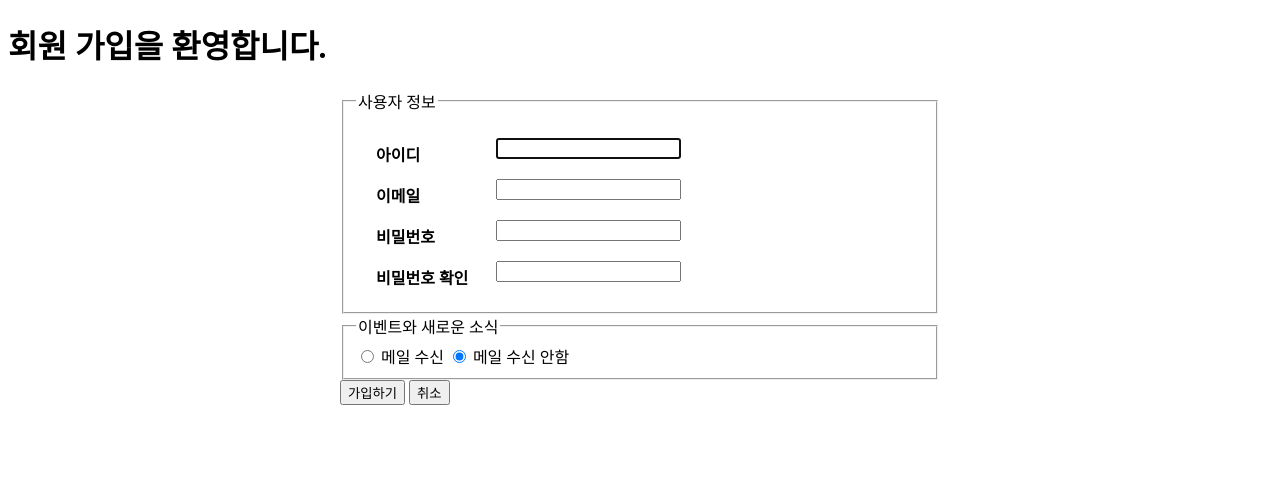
Repository: Kebiskim/2023_WebStudy
Page: 01_css/src/main/webapp/day01/Ex12_Signup.html
An editor plug-in stored every save of this project. The page is shown before and after the next save, followed by the edit.
The browser window is 1280 px wide. The pictures show the whole page.

Above is the page before, as saved 2023-06-23 06:43:41.

### 01_css/src/main/webapp/day01/Ex12_Signup.html
<!DOCTYPE html>
<html>
<head>
<meta charset="UTF-8">
<title>Signup</title>
<style type="text/css">
	/* fieldset{

	} */
	/* ID는 # 뒤에 쓴다! */
	#mydiv{
		width:600px;
		margin:auto;
	}
	ul{
		list-style: none;
		padding-left: 0;
	}
	ul li{
		margin: 20px;
	}
	li label{
		width: 120px;
		font-weight: bold;
		line-height: 36px;
		float: left;
	}
	filedset{
		margin-bottom: 20px;
	}
</style>
</head>
<body>
	<h1>회원 가입을 환영합니다.</h1>
	<div id="mydiv">
	<form>
		<fieldset>
			<legend>사용자 정보</legend>
			<ul>
				<li>
					<label for="uid">아이디</label>
					<input type="text" id="uid" name="id" required autofocus>
				</li>
				<li>
					<label for="umail">이메일</label>
					<input type="text" id="umail" name="mail" required autofocus>
				</li>
				<li>
					<label for="upwd1">비밀번호</label>
					<input type="password" id="upwd1" name="pwd1" required autofocus>
				</li>
				<li>
					<label for="upwd2">비밀번호 확인</label>
					<input type="password" id="upwd2" name="pwd2" required autofocus>
				</li>
			</ul>
		</fieldset>

		<fieldset>
			<legend>이벤트와 새로운 소식</legend>
			<input type="radio" name="mailing" id="mailing_y" value="1" checked>
			<label for="mailing_y">메일 수신</label>
			<!-- checked 두개 하면 뒤에것만 적용 -->
			<input type="radio" name="mailing" id="mailing_n" value="2" checked>
			<label for="mailing_y">메일 수신 안함</label>
		</fieldset>
		<input type="submit" value="가입하기">
		<input type="reset" value="취소">
	</form>
	</div>
</body>
</html>

After the next save:
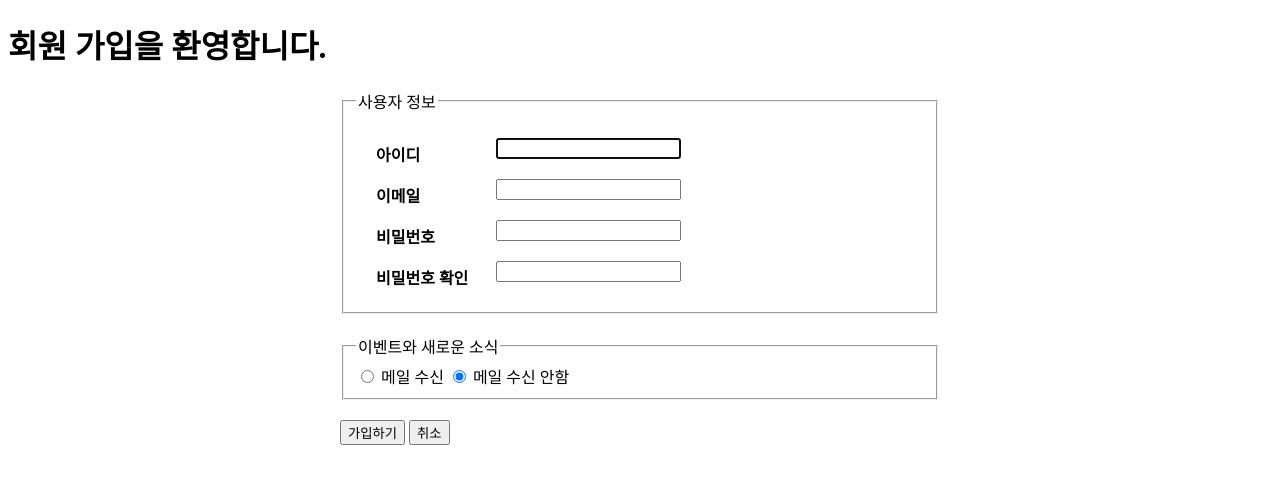
Saved 20 s later.
--- a/01_css/src/main/webapp/day01/Ex12_Signup.html
+++ b/01_css/src/main/webapp/day01/Ex12_Signup.html
@@ -25,7 +25,7 @@
 		line-height: 36px;
 		float: left;
 	}
-	filedset{
+	fieldset{
 		margin-bottom: 20px;
 	}
 </style>
